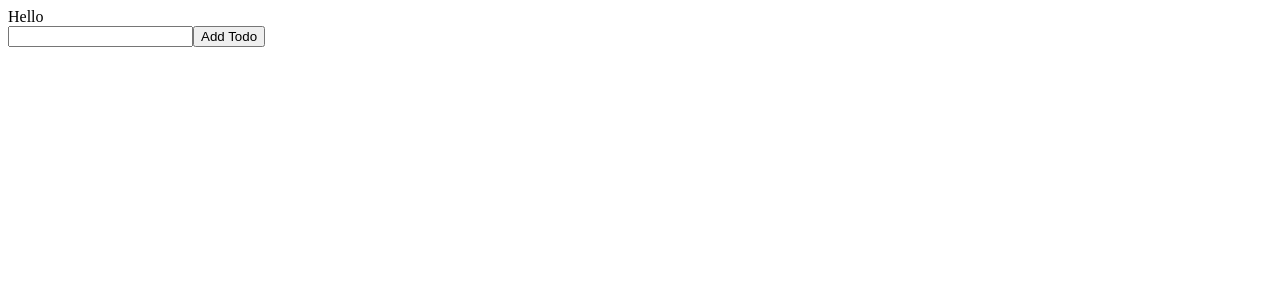
Repository: Hyperion72R/React-concepts
Page: /
The author's editor kept a copy of each file at every save. The page is drawn from the files as they stood at one save, then again after the next save.
The browser window is 1280 px wide. The pictures show the whole page.
The project was rebuilt for these pictures with package versions that can differ from the ones it lists, and the page was loaded fresh each time.

Above is the page before, as saved 2021-07-10 15:30:25.

### src/App.js
import React from "react";
import TodoList from "./TodoList";

function App() {
  return (
    <>
      <TodoList />
      <input type="text" />
      <button>Add Todo</button>
    </>
  );
}

export default App;

### src/TodoList.js
import React from "react";

export default function TodoList() {
  return <div>Hello</div>;
}

Loaded but not shown: public/index.html (common file); src/index.js (common file)

After the next save:
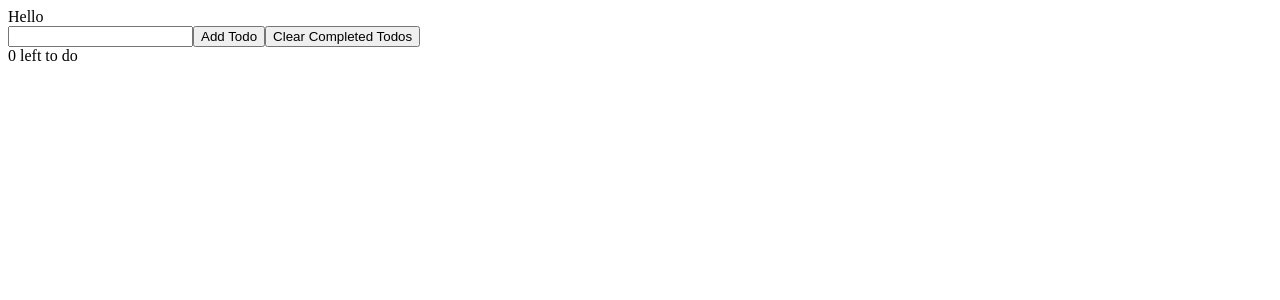
Saved 21 s later.
--- a/src/App.js
+++ b/src/App.js
@@ -7,6 +7,8 @@ function App() {
       <TodoList />
       <input type="text" />
       <button>Add Todo</button>
+      <button>Clear Completed Todos</button>
+      <div>0 left to do</div>
     </>
   );
 }
